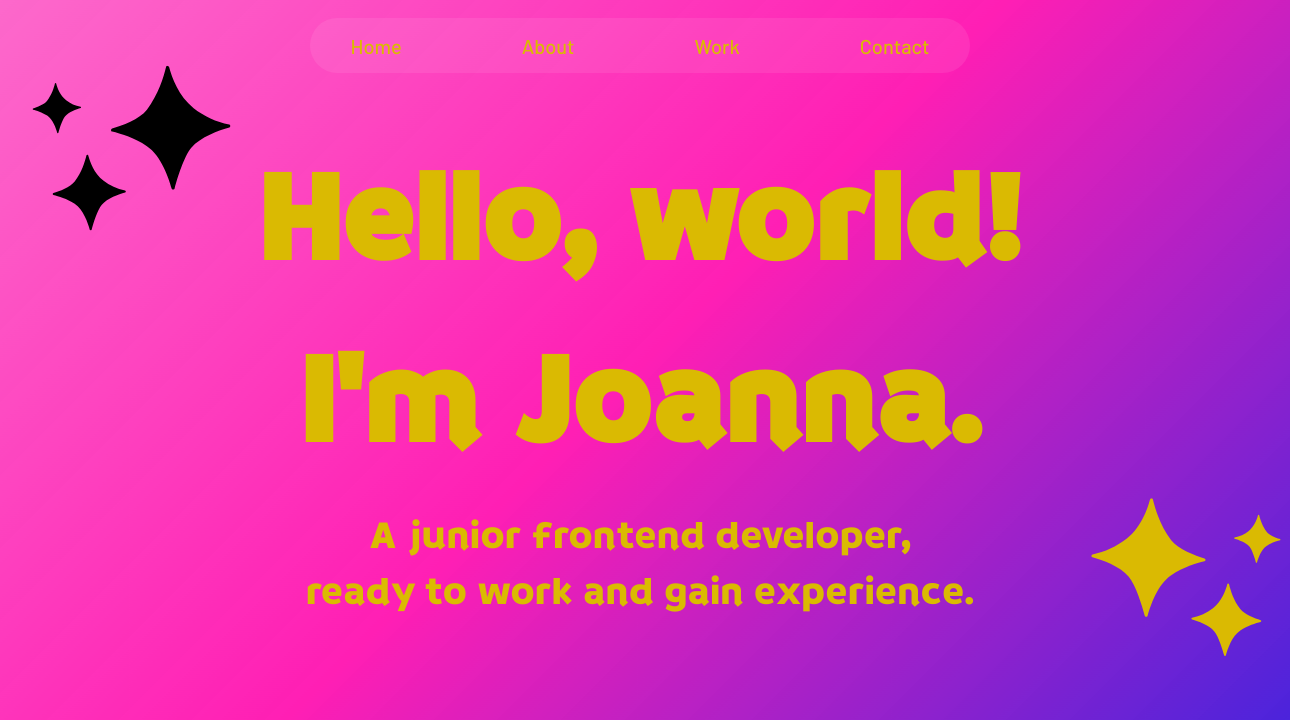
Repository: JJonka/portfolio_site
Page: /
The author's editor kept a copy of each file at every save. The page is drawn from the files as they stood at one save, then again after the next save.
The browser window is 1280 px wide. The page is 1290 px wide, so the pictures cover 1290 px, including what lies to the right of the window. The pictures show the whole page.
The project was rebuilt for these pictures with package versions that can differ from the ones it lists, and the page was loaded fresh each time. Also part of the build but not shown: vite.config.ts, src/components/EndOfSection.module.scss, src/components/EndOfSection.tsx, src/pages/About.tsx, src/components/LogoIcon.module.scss, src/components/LogoIcon.tsx, src/pages/Contact.tsx, src/pages/Work.module.scss and 1 more.

Above is the page before, as saved 2023-10-08 12:44:39.

After the next save:
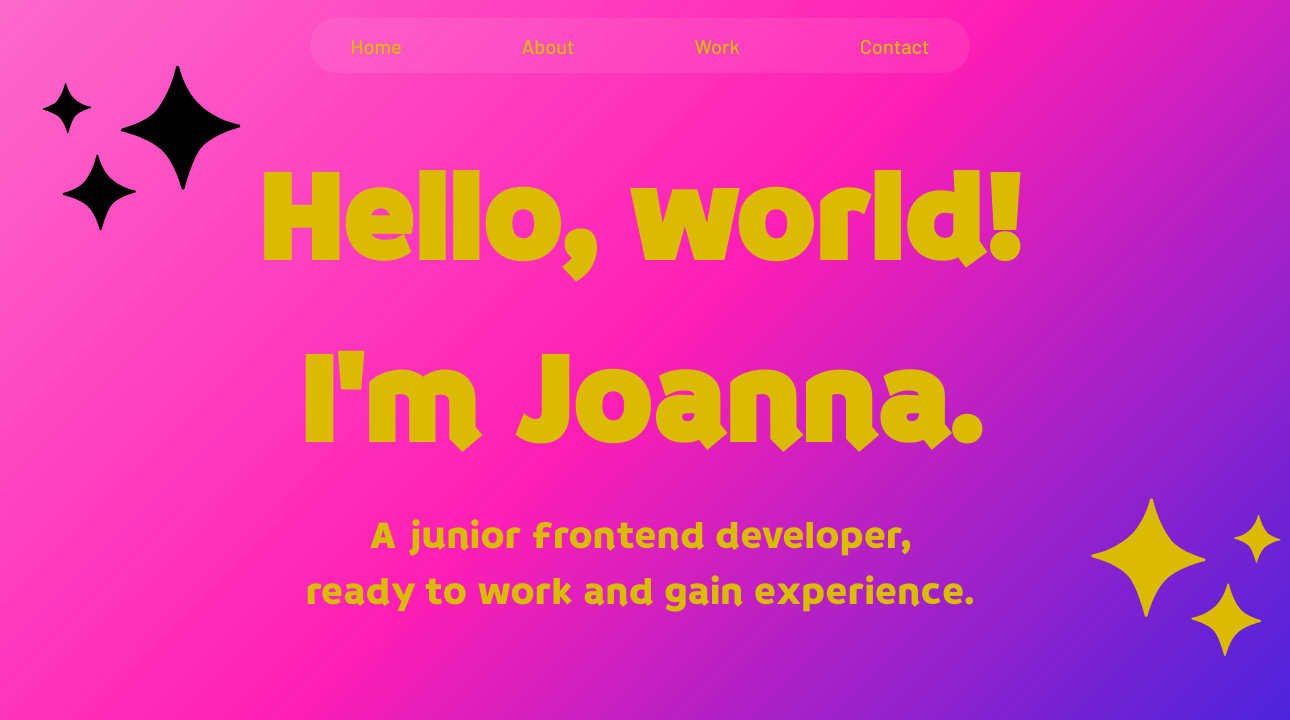
Saved 4 s later.
--- a/src/pages/HomePage.module.scss
+++ b/src/pages/HomePage.module.scss
@@ -23,7 +23,7 @@
 .imgTop {
     position: absolute;
     top: 40px;
-    left: 40px;
+    left: 50px;
     max-width: 30%;
     max-height: 30%;
 }
